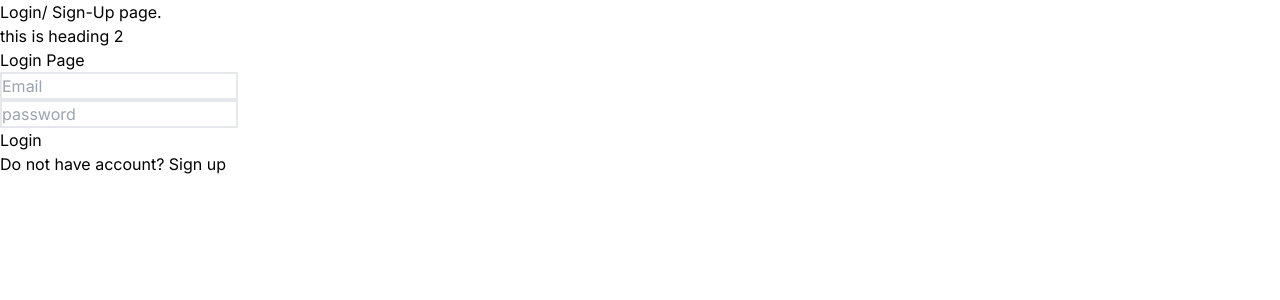
Repository: its-kundan/food-on-time
Page: /restaurant
The author's editor kept a copy of each file at every save. The page is drawn from the files as they stood at one save, then again after a run of saves.
The browser window is 1280 px wide. The pictures show the whole page.
The project was rebuilt for these pictures with package versions that can differ from the ones it lists, and the page was loaded fresh each time. The framework's server and built-in components were replaced by stand-ins that run in the browser. Also part of the build but not shown: next.config.mjs, src/app/_components/SignUp.jsx.

Above is the page before, as saved 2024-07-24 19:43:14.

### src/app/restaurant/page.js
/* disable eslint */
"use client"
import React from 'react'
import { useState } from 'react';

import Login from '@/app/_components/Login'
import Signup from '@/app/_components/Signup'

function Restaurant() {
    const [login,setLogin] = useState(true);
  return (
    <>
    <h1> Login/ Sign-Up page.</h1>
    <h2> this is heading 2</h2>
    {
        login?<Login/>:<Signup/>
    }


    <div>

    <button className="border-0 " onClick={()=>{setLogin(!login)}}>
      {login?"Do not have account? Sign up":"Already have an account? Login"}

    </button>
    </div>
    </>
  )
}

export default Restaurant

### src/app/_components/Login.jsx
import React from 'react'

function Login() {
  return (
    <>
        <h3> Login  Page</h3>
        <input className='border-2 ' type="email" placeholder="Email" />
        <br />
        <input className='border-2' type="password" placeholder="password" />
        <br />
        <button>Login</button>
    </>
  )
}

export default Login

Loaded but not shown: src/app/layout.js (common file); src/app/globals.css (common file); tailwind.config.js (common file)

After the next 2 saves:
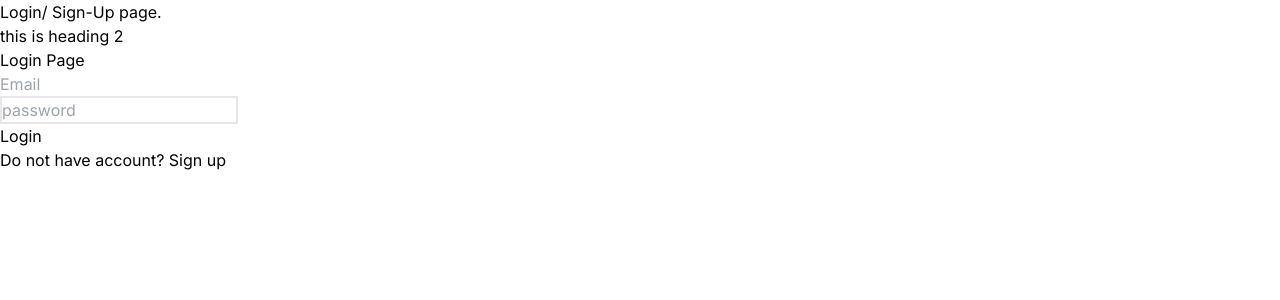
The 2 saves are shown as one change because they came seconds apart.
The last was saved 16 s later.
--- a/src/app/_components/Login.jsx
+++ b/src/app/_components/Login.jsx
@@ -4,7 +4,7 @@ function Login() {
   return (
     <>
         <h3> Login  Page</h3>
-        <input className='border-2 ' type="email" placeholder="Email" />
+        <input className='border-black-2 ' type="email" placeholder="Email" />
         <br />
         <input className='border-2' type="password" placeholder="password" />
         <br />
